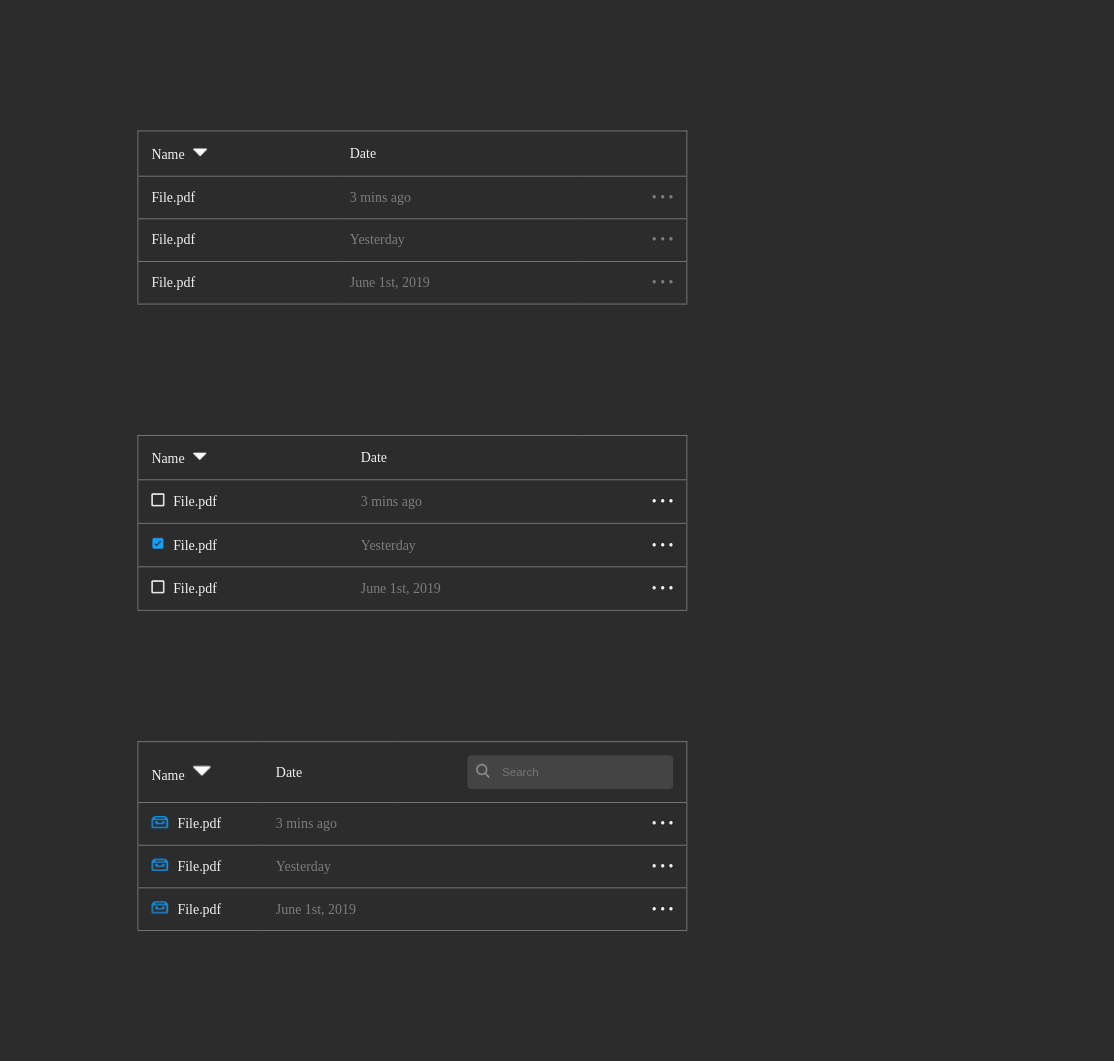
Repository: batonAnton/Hw5-table
Page: index.html
The author's editor kept a copy of each file at every save. The page is drawn from the files as they stood at one save, then again after the next save.
The browser window is 1280 px wide. The pictures show the whole page, at 87% of full size.

Above is the page before, as saved 2022-06-14 11:55:15.

### index.html
<!DOCTYPE html>
<html lang="en">
<head>
    <meta charset="UTF-8">
    <meta http-equiv="X-UA-Compatible" content="IE=edge">
    <meta name="viewport" content="width=device-width, initial-scale=1.0">
    <title>Lecture 5</title>
    <link rel="stylesheet" href="css/style.css">
</head>
<body>
    <table>
        <tr>
            <td>Name <button><img src="image/down-filled-triangular-arrow.png" alt="down-filled-triangular-arrow"></button> </td>
            <td colspan="2">Date</td>
        </tr>

        <tr>
            <td>File.pdf</td>
            <td class="gray-color">3 mins ago</td>
            <td class="right-dot gray-color">&#x2022 &#x2022 &#x2022</td>
        </tr>

        <tr>
            <td>File.pdf</td>
            <td class="gray-color">Yesterday</td>
            <td class="right-dot gray-color">&#x2022 &#x2022 &#x2022</td>
        </tr>

        <tr>
            <td>File.pdf</td>
            <td class="gray-color">June 1st, 2019</td>
            <td class="right-dot gray-color">&#x2022 &#x2022 &#x2022</td>
        </tr>
    </table>

    <table class="table2">
        <tr>
            <td>  Name <button><img src="image/down-filled-triangular-arrow.png" alt="down-filled-triangular-arrow"></button> </td>
            <td colspan="2">Date</td>
        </tr>

        <tr>
            <td> <img src="/image/checkbox (1).png" alt="">File.pdf</td>
            <td class="gray-color">3 mins ago</td>
            <td class="right-dot white-dot">&#x2022 &#x2022 &#x2022</td>
        </tr>

        <tr>
            <td><img src="/image/checkbox.png" alt="">File.pdf</td>
            <td class="gray-color">Yesterday</td>
            <td class="right-dot white-dot">&#x2022 &#x2022 &#x2022</td>
        </tr>

        <tr>
            <td><img src="/image/checkbox (1).png" alt="">File.pdf</td>
            <td class="gray-color">June 1st, 2019</td>
            <td class="right-dot white-dot">&#x2022 &#x2022 &#x2022</td>
        </tr>
    </table>

    <table class="table3">
        <tr>
            <td>  Name <button><img src="image/down-filled-triangular-arrow.png" alt="down-filled-triangular-arrow"></button> </td>
            <td>Date</td>
            <td><input type="search" placeholder="Search"></td>
        </tr>

        <tr>
            <td> <img src="/image/file-iconpng.png" alt="">File.pdf</td>
            <td class="gray-color">3 mins ago</td>
            <td class="right-dot white-dot">&#x2022 &#x2022 &#x2022</td>
        </tr>

        <tr>
            <td><img src="/image/file-iconpng.png" alt="">File.pdf</td>
            <td class="gray-color">Yesterday</td>
            <td class="right-dot white-dot">&#x2022 &#x2022 &#x2022</td>
        </tr>

        <tr>
            <td><img src="/image/file-iconpng.png" alt="">File.pdf</td>
            <td class="gray-color">June 1st, 2019</td>
            <td class="right-dot white-dot">&#x2022 &#x2022 &#x2022</td>
        </tr>
    </table>
</body>
</html>

### css/style.css
body {
  background-color: rgb(44, 44, 44);
  color: rgb(242, 242, 242);
}

table {
  border: 1px solid rgb(125, 125, 125);
  margin: 150px;
  width: 50%;
  border-collapse: collapse;
  border-spacing: 0;
}

td {
  border-bottom: 1px solid rgb(125, 125, 125);
  padding: 15px;
}

.right-dot {
  text-align: right;
}

button {
  background-color: rgb(44, 44, 44);
  border: none;
}

.gray-color {
  color: rgb(125, 125, 125);
}

.white-dot {
  color: rgb(242, 242, 242);
}

.table2 img {
  margin-right: 10px;
  width: 15px;
}
.table3 img {
  margin-right: 10px;
  width: 15px;
}

.table3 img {
  width: 20px;
}

input {
  background-color: #444444;
  opacity: 1;
  float: right;
  border: none;
  border-radius: 5px;
  background-image: url("/image/search.png");
  background-position: 10px 10px;
  background-repeat: no-repeat;
  padding: 12px 20px 12px 40px;
}

After the next save:
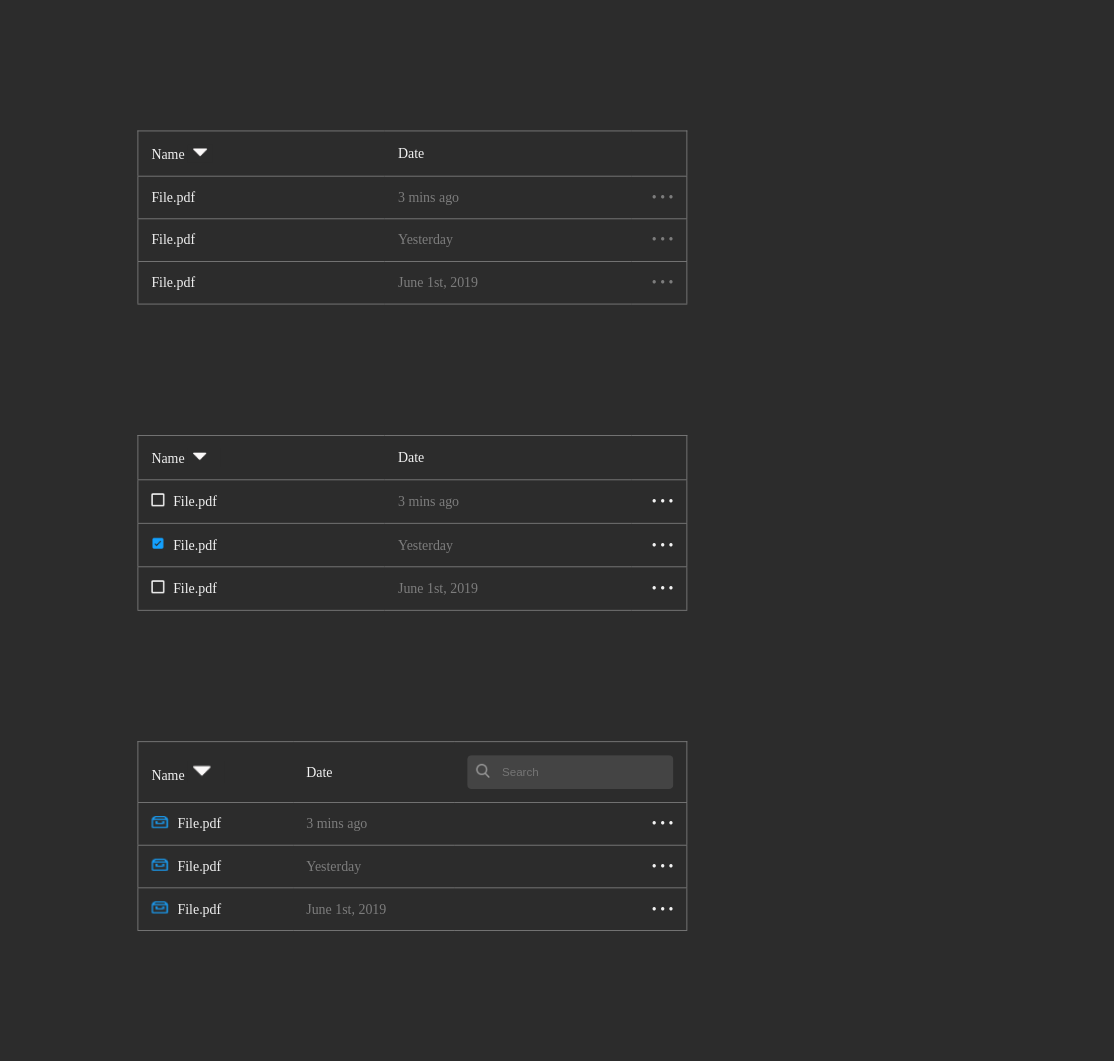
Saved 9 min 1 s later.
--- a/css/style.css
+++ b/css/style.css
@@ -14,6 +14,7 @@ table {
 td {
   border-bottom: 1px solid rgb(125, 125, 125);
   padding: 15px;
+  width: 45%;
 }
 
 .right-dot {
